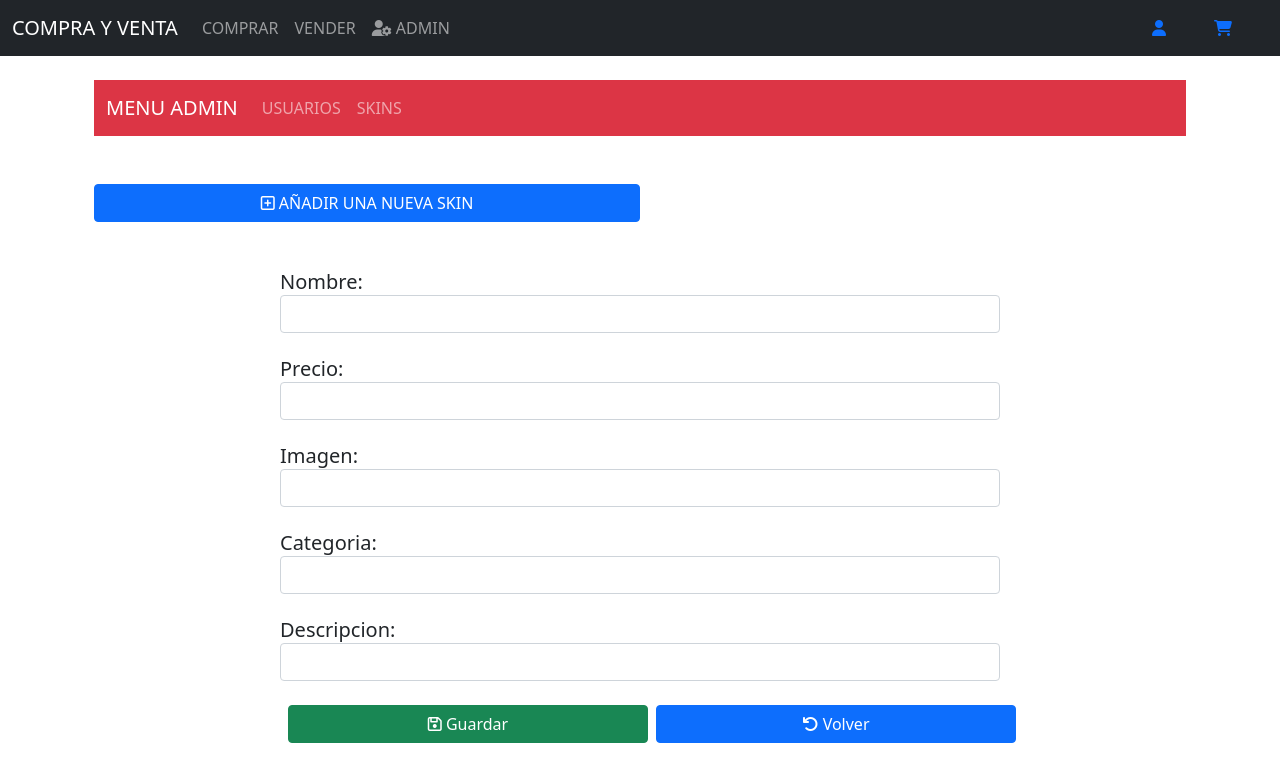
Repository: raultg98/compraYventaSkins
Page: src/views/admin/edit.ejs
The author's editor kept a copy of each file at every save. The page is drawn from the files as they stood at one save, then again after the next save.
The browser window is 1280 px wide. The pictures show the whole page.
Some web libraries are served in a nearby version. The page is served by the project's Node server (src/app.js). The template is opened directly, without the code that normally fills it, so the values that code supplies are empty.

Above is the page before, as saved 2021-06-01 19:06:48.

After the next save:
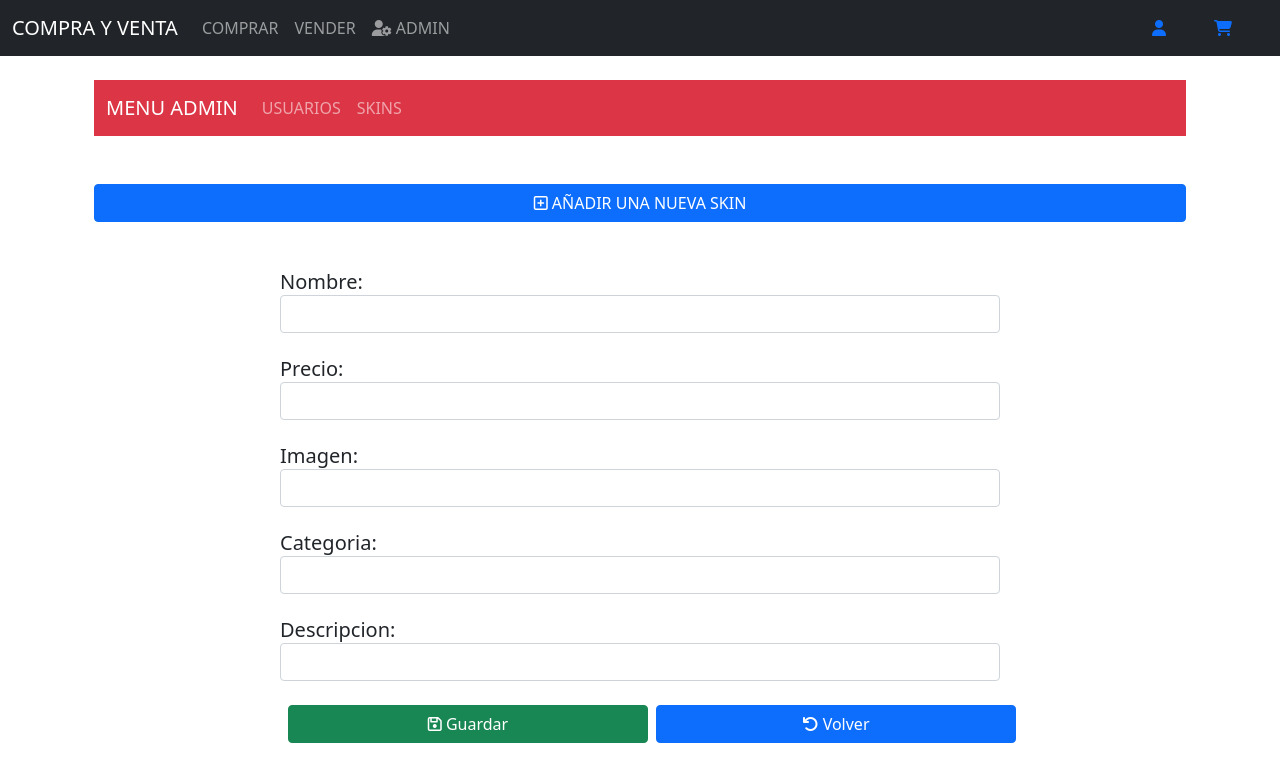
Saved 29 s later.
--- a/src/views/admin/edit.ejs
+++ b/src/views/admin/edit.ejs
@@ -8,7 +8,7 @@
 </div>
 
 <div class="container p-4">
-    <a href="/skins/create" class="btn btn-primary btn-block text-white  col-md-6 col-12">
+    <a href="/skins/create" class="btn btn-primary btn-block text-white col-12">
         <i class="far fa-plus-square"></i> AÑADIR UNA NUEVA SKIN
     </a>
 </div>
